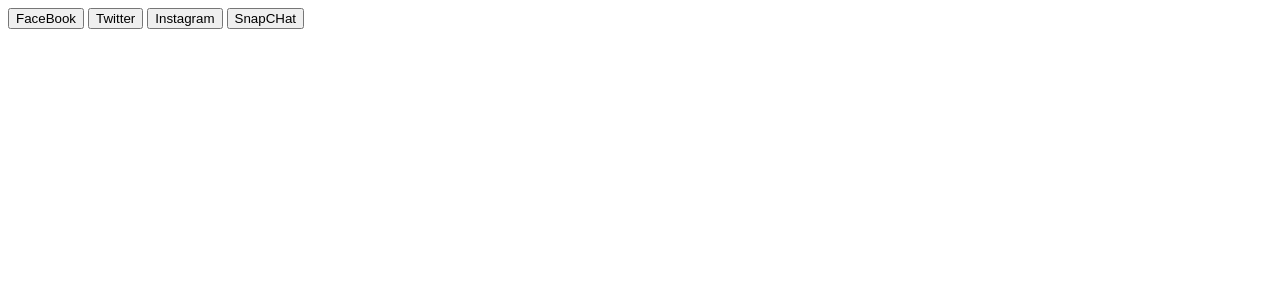
Repository: ZamlZam/LINK.
Page: index.html
These files come from the project's save history. The page is drawn as it stood at one moment and after the next save; the edit follows.
The browser window is 1280 px wide. The pictures show the whole page.

Above is the page before, as saved 2023-04-16 15:29:12.

After the next save:
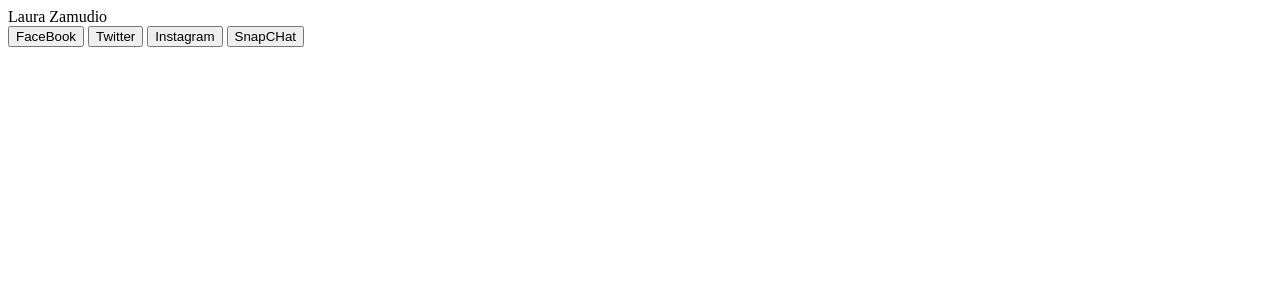
Saved 4 s later.
--- a/index.html
+++ b/index.html
@@ -7,7 +7,7 @@
   <title>Link in bio</title>
 </head>
 <body>
-  <hi></hi>
+  <hi> Laura Zamudio</hi>
  <div class="d-grid gap-2 col-6 mx-auto">
   <button class="btn btn-primary" type="button">FaceBook</button>
   <button class="btn btn-primary" type="button">Twitter</button>
